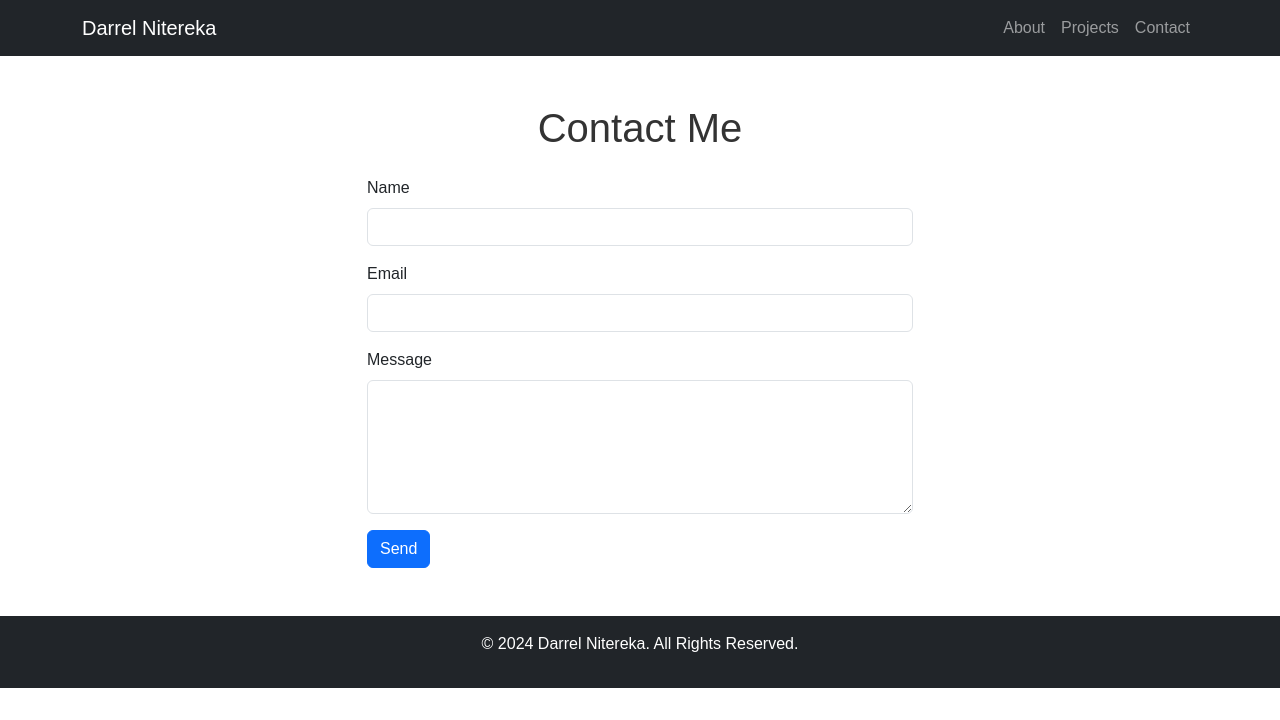
Repository: DarrelN15/DarrelN15.github.io
Page: contact.html
The author's editor kept a copy of each file at every save. The page is drawn from the files as they stood at one save, then again after the next save.
The browser window is 1280 px wide. The pictures show the whole page.

Above is the page before, as saved 2025-01-28 17:06:57.

### contact.html
<!DOCTYPE html>
<html lang="en">
<head>
  <meta charset="UTF-8">
  <meta name="viewport" content="width=device-width, initial-scale=1.0">
  <title>Contact - Darrel Nitereka</title>
  <link href="https://cdn.jsdelivr.net/npm/bootstrap@5.3.0/dist/css/bootstrap.min.css" rel="stylesheet">
  <link rel="stylesheet" href="css/styles.css">
</head>
<body>
  <nav class="navbar navbar-expand-lg navbar-dark bg-dark">
    <div class="container">
      <a class="navbar-brand" href="index.html">Darrel Nitereka</a>
      <button class="navbar-toggler" type="button" data-bs-toggle="collapse" data-bs-target="#navbarNav">
        <span class="navbar-toggler-icon"></span>
      </button>
      <div class="collapse navbar-collapse" id="navbarNav">
        <ul class="navbar-nav ms-auto">
          <li class="nav-item"><a class="nav-link" href="about.html">About</a></li>
          <li class="nav-item"><a class="nav-link" href="projects.html">Projects</a></li>
          <li class="nav-item"><a class="nav-link" href="contact.html">Contact</a></li>
        </ul>
      </div>
    </div>
  </nav>

  <section class="py-5">
    <div class="container">
      <h1 class="text-center">Contact Me</h1>
      <div class="row mt-4">
        <div class="col-md-6 mx-auto">
          <form>
            <div class="mb-3">
              <label for="name" class="form-label">Name</label>
              <input type="text" class="form-control" id="name" required>
            </div>
            <div class="mb-3">
              <label for="email" class="form-label">Email</label>
              <input type="email" class="form-control" id="email" required>
            </div>
            <div class="mb-3">
              <label for="message" class="form-label">Message</label>
              <textarea class="form-control" id="message" rows="5" required></textarea>
            </div>
            <button type="submit" class="btn btn-primary">Send</button>
          </form>
        </div>
      </div>
    </div>
  </section>

  <footer class="bg-dark text-white text-center py-3">
    <div class="container">
      <p>&copy; 2024 Darrel Nitereka. All Rights Reserved.</p>
    </div>
  </footer>

  <script src="https://cdn.jsdelivr.net/npm/bootstrap@5.3.0/dist/js/bootstrap.bundle.min.js"></script>
</body>
</html>

### css/styles.css
body {
    font-family: Arial, sans-serif;
  }

  h1 {
    font-size: 2.5rem;
    color: #333;
  }

  .project {
    border: 1px solid #ddd;
    padding: 15px;
    margin-bottom: 20px;
  }

After the next save:
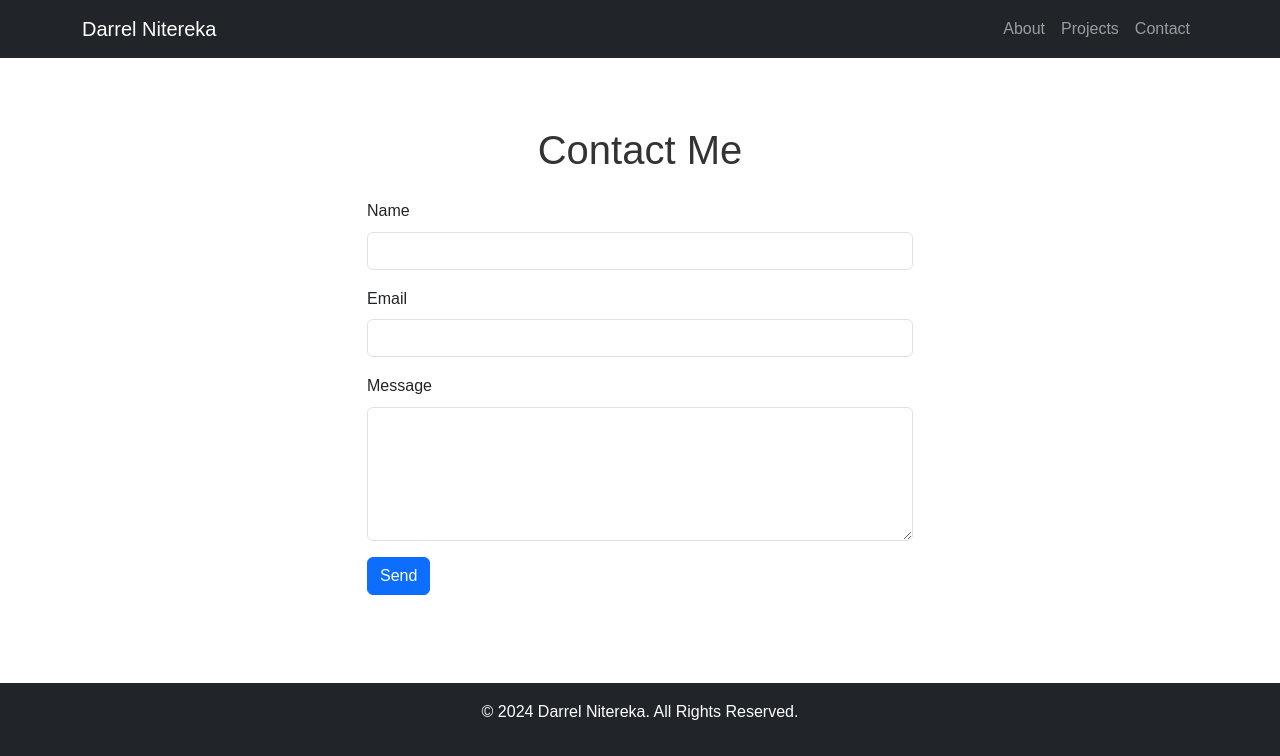
Saved 14 s later.
--- a/css/styles.css
+++ b/css/styles.css
@@ -1,14 +1,29 @@
 body {
-    font-family: Arial, sans-serif;
-  }
+  font-family: Arial, sans-serif;
+  line-height: 1.6;
+}
 
-  h1 {
-    font-size: 2.5rem;
-    color: #333;
-  }
+h1, h2, h3 {
+  color: #333;
+}
 
-  .project {
-    border: 1px solid #ddd;
-    padding: 15px;
-    margin-bottom: 20px;
-  }
+.navbar {
+  margin-bottom: 20px;
+}
+
+header {
+  background: #007bff;
+  color: #fff;
+  padding: 60px 0;
+}
+
+.card {
+  margin-bottom: 20px;
+}
+
+footer {
+  background: #343a40;
+  color: #fff;
+  padding: 20px 0;
+  margin-top: 40px;
+}
